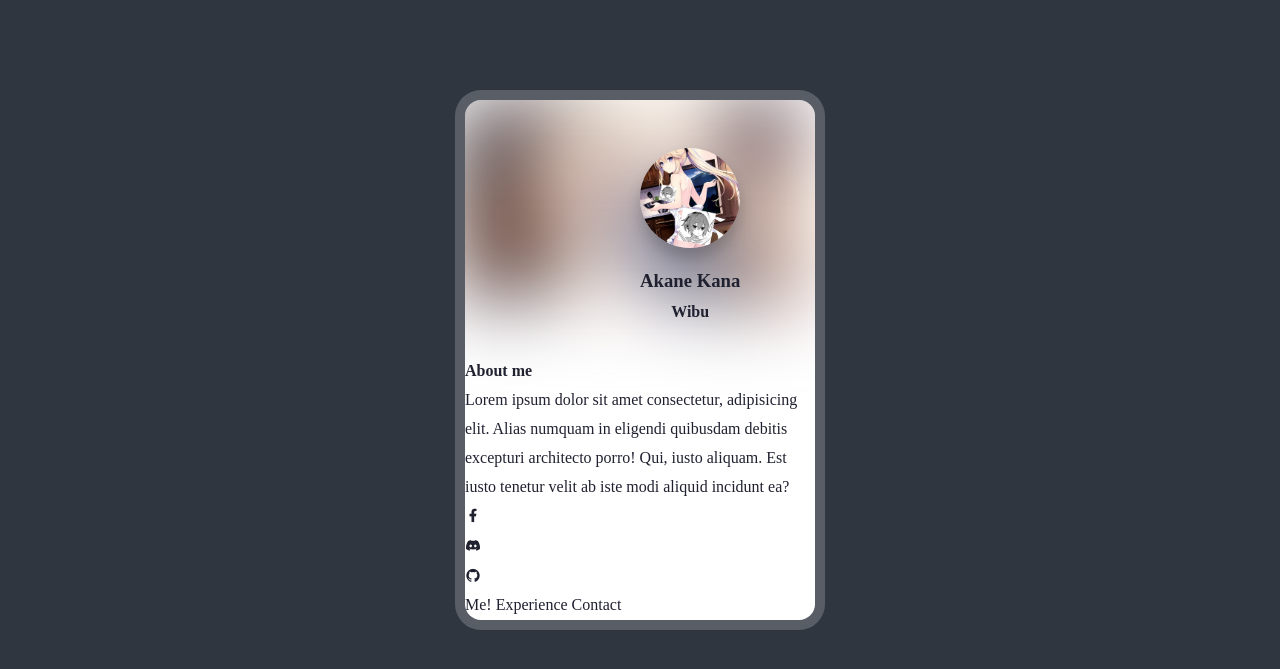
Repository: AkaneKana/AkaneKana
Page: index.html
An editor plug-in stored every save of this project. The page is shown before and after the next save, followed by the edit.
The browser window is 1280 px wide. The pictures show the whole page.
Some web fonts or font styles are not loaded; a fallback is used. Some web libraries are served in a nearby version.

Above is the page before, as saved 2023-05-19 15:26:57.

### index.html
<!DOCTYPE html>
<html lang="en">
<head>
  <meta charset="UTF-8">
  <meta http-equiv="X-UA-Compatible" content="IE=edge">
  <meta name="viewport" content="width=device-width, initial-scale=1.0">
  <title>Profle Card</title>
  <link rel="stylesheet" href="style.css">
  <link href="https://cdn.jsdelivr.net/npm/remixicon@3.2.0/fonts/remixicon.css" rel="stylesheet">
</head>
<body>
  <div id="page" class="site">
    <div class="container">
      <div class="card">
        <header>
          <div class="thumbnail">
            <img src="assets/image.jpg" alt="">
          </div>
          <div class="meta">
            <h3>Akane Kana</h3>
            <h4>Wibu</h4>
          </div>
        </header>
        <section>
          <div id="me" class="me">
            <h4 class="section-title">About me</h4>
            <p>Lorem ipsum dolor sit amet consectetur, adipisicing elit. Alias numquam in eligendi quibusdam debitis excepturi architecto porro! Qui, iusto aliquam. Est iusto tenetur velit ab iste modi aliquid incidunt ea?</p>
            <div class="social">
              <ul>
                <li><a href="#"><i class="ri-facebook-fill"></i></a></li>
                <li><a href="#"><i class="ri-discord-fill"></i></a></li>
                <li><a href="#"><i class="ri-github-fill"></i></a></li>
              </ul>
            </div>
          </div>
        </section>
        <footer>
          <nav>
            <a href="#">Me!</a>
            <a href="#">Experience</a>
            <a href="#">Contact</a>
            <span></span>
          </nav>
        </footer>
      </div>
    </div>
  </div>

  <script src="script.js"></script>
</body>
</html>

### style.css
@import url('https://font.googleapis.com/css2?family=Poppins:wght@400;600;800&display=swap');
:root{
  --primary-color: #eb3b5a;
  --white-color: #ffffff;
  --light-color: #ced6e0;
  --grey-color: #737181;
  --dark-color: #202130;

  --shadow: 0 10px 10px -8px;
}

*{
  margin: 0;
  padding: 0;
}

*,::before,::after {
  box-sizing: border-box;
}

body{
  font-family: 'Poppins';
  font-size: 16px;
  font-weight: 400;
  line-height: 1.8;
  color: var(--dark-color);
  background-color: #2f3640;
}

a {
  text-decoration: none;
  color: inherit;
}

ul{
  list-style: none;
}

img{
  max-width: 100%;
  vertical-align: middle;
}

.site{
  display: flex;
  align-items: center;
  justify-content: center;
  height: 100vh;
}

.container{
  max-width: 1024px;
  padding: 0 2em;
  margin: 0 auto;
}

.card{
  max-width: 350px;
  background-color: var(--white-color);
  border-radius: 1em;
  box-shadow: 0 0 0 10px rgb(255 255 255 /20%);
  overflow: hidden;
}

.card header {
  position: relative;
  height: 225px;
  padding-top: 3em;
  margin-bottom: 2em;
}

.card header::before {
  content: '';
  position: absolute;
  top: 0;
  left: 0;
  background: url(assets/image.jpg);
  background-size: cover;
  width: 100%;
  height: 200px;
  z-index: 0;
  filter: blur(40px);
}

.card header > * {
  position: relative;
  left: 50%;
  transform: translateX();
}

.card header .meta {
  text-align: center;
  margin-top: 1em;
  width: max-content;
}

.card .thumbnail {
  width: 100px;
  height: 100px;
}

.card .thumbnail img {
  object-fit: cover;
  width: 100%;
  height: 100%;
  border-radius: 50%;
  box-shadow: 0 10px 15px rgb(0 0 0 /20%);
}

Loaded but not shown: script.js (no copy from this time; the picture is the same without it)

After the next save:
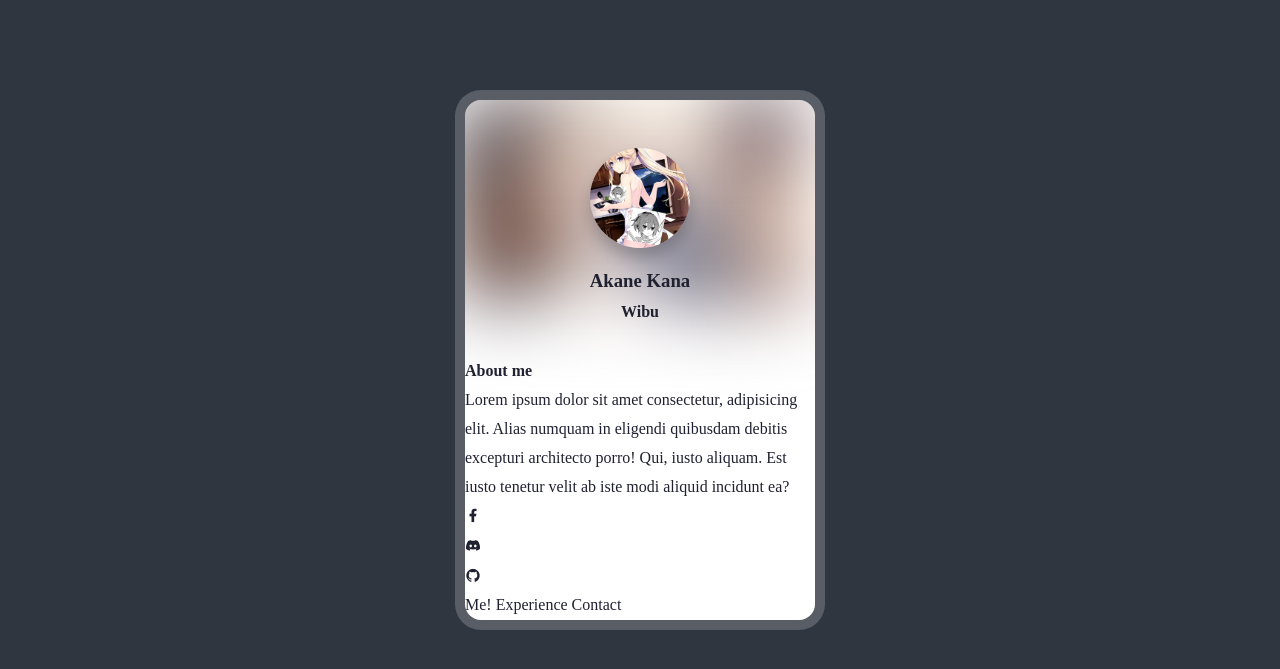
Saved 4 s later.
--- a/style.css
+++ b/style.css
@@ -85,7 +85,7 @@
 .card header > * {
   position: relative;
   left: 50%;
-  transform: translateX();
+  transform: translateX(-50%);
 }
 
 .card header .meta {
